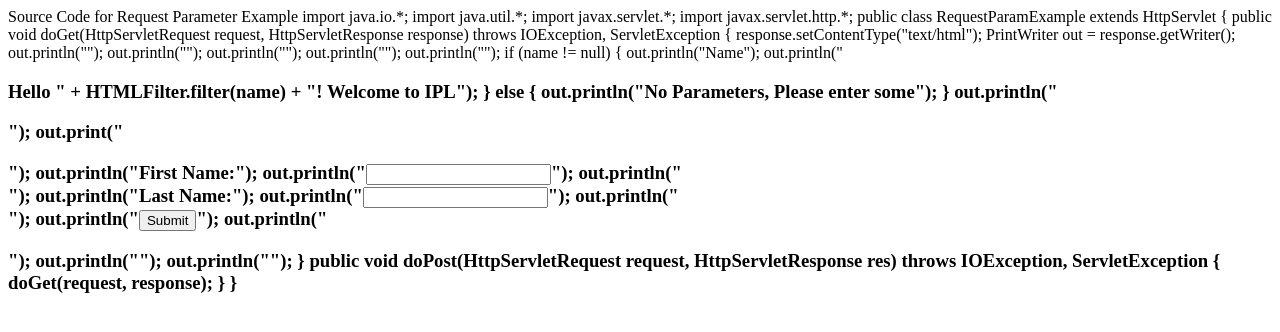
Repository: umng/Learn-to-Program
Page: Java/CTS_SFDC/workspace/Validate Player details/WebContent/index.html
The author's editor kept a copy of each file at every save. The page is drawn from the files as they stood at one save, then again after the next save.
The browser window is 1280 px wide. The pictures show the whole page.

Above is the page before, as saved 2017-02-23 08:13:36.

### Java/CTS_SFDC/workspace/Validate Player details/WebContent/index.html

Source Code for Request Parameter Example

 import java.io.*;
import java.util.*;
import javax.servlet.*;
import javax.servlet.http.*;

public class RequestParamExample extends HttpServlet {

    public void doGet(HttpServletRequest request, HttpServletResponse response)
    throws IOException, ServletException
    {
        response.setContentType("text/html");
        PrintWriter out = response.getWriter();
        out.println("<html>");
        out.println("<head>");
        out.println("<title>Welcome Servlet</title>");
        out.println("</head>");
        out.println("<body>");
        if (name != null) {
            out.println("Name");
            out.println("<h3>Hello " + HTMLFilter.filter(name) + "! Welcome to IPL");
        } else {
            out.println("No Parameters, Please enter some");
        }
        out.println("<P>");
        out.print("<form action=\"");
        out.print("RequestParamExample\" ");
        out.println("method=POST>");
        out.println("First Name:");
        out.println("<input type=text size=20 name=firstname>");
        out.println("<br>");
        out.println("Last Name:");
        out.println("<input type=text size=20 name=lastname>");
        out.println("<br>");
        out.println("<input type=submit>");
        out.println("</form>");
        out.println("</body>");
        out.println("</html>");
    }

    public void doPost(HttpServletRequest request, HttpServletResponse res)
    throws IOException, ServletException
    {
        doGet(request, response);
    }
}

After the next save:
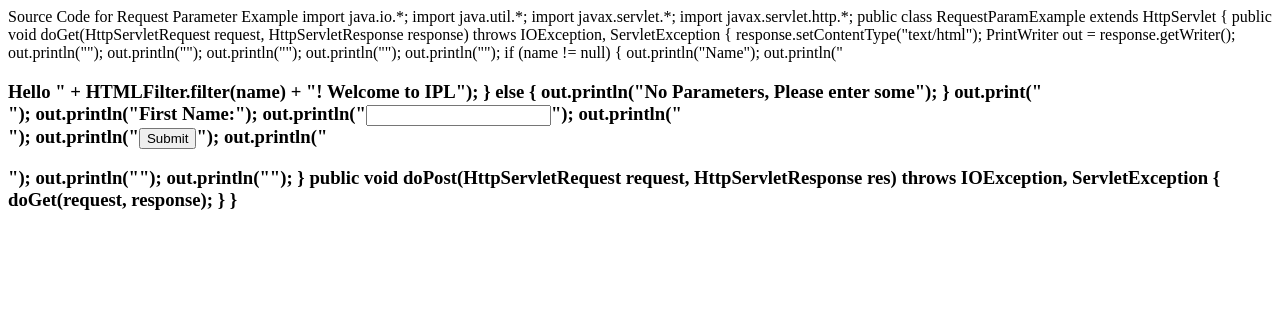
Saved 50 s later.
--- a/Java/CTS_SFDC/workspace/Validate Player details/WebContent/index.html
+++ b/Java/CTS_SFDC/workspace/Validate Player details/WebContent/index.html
@@ -24,17 +24,13 @@
         } else {
             out.println("No Parameters, Please enter some");
         }
-        out.println("<P>");
         out.print("<form action=\"");
         out.print("RequestParamExample\" ");
         out.println("method=POST>");
         out.println("First Name:");
-        out.println("<input type=text size=20 name=firstname>");
+        out.println("<input type=text name=name>");
         out.println("<br>");
-        out.println("Last Name:");
-        out.println("<input type=text size=20 name=lastname>");
-        out.println("<br>");
-        out.println("<input type=submit>");
+        out.println("<input type=submit id=submit>");
         out.println("</form>");
         out.println("</body>");
         out.println("</html>");
